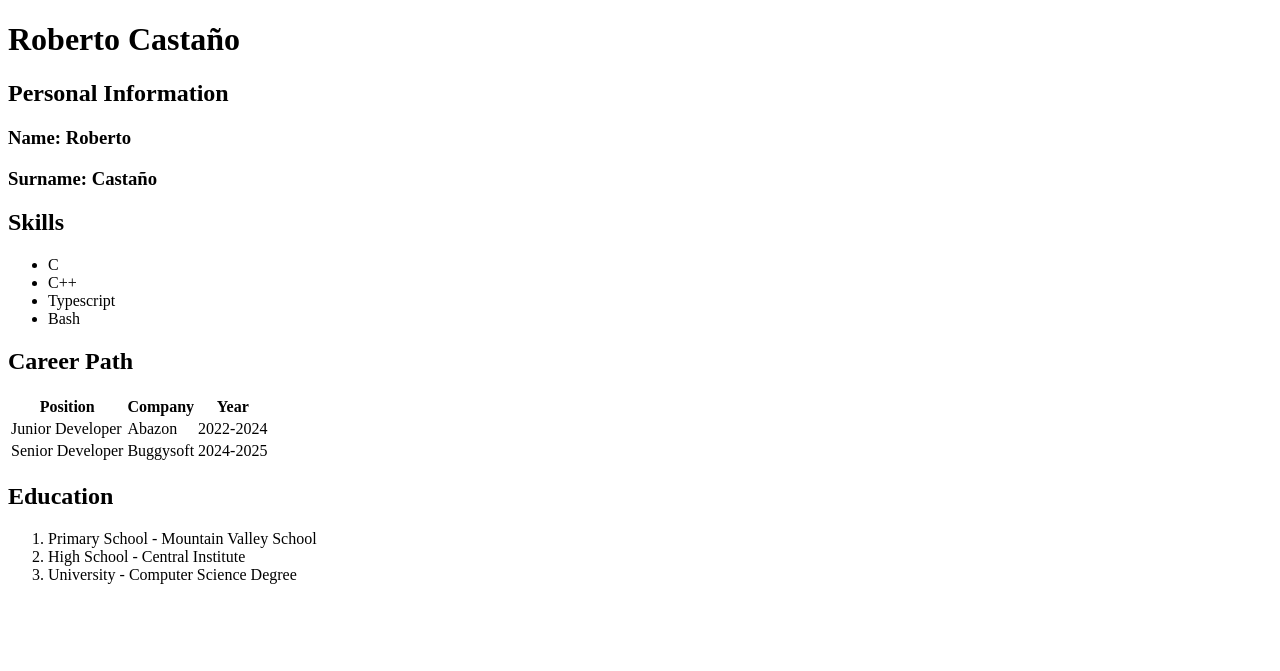
Repository: cronopi/django
Page: Training-Python-Django-0 1/ex01/cv.html
An editor plug-in stored every save of this project. The page is shown before and after the next save, followed by the edit.
The browser window is 1280 px wide. The pictures show the whole page.

Above is the page before, as saved 2026-03-10 12:21:22.

### Training-Python-Django-0 1/ex01/cv.html
<!DOCTYPE html>
<html>

<head>
	<title>Resume - Roberto Castaño</title>
</head>

<body>
	<h1>Roberto Castaño</h1>

	<h2>Personal Information</h2>
	<h3>
		Name: Roberto
	</h3>
	<h3>
		Surname: Castaño
	</h3>

	<h2>Skills</h2>
	<ul>
		<li>C</li>
		<li>C++</li>
		<li>Typescript</li>
		<li>Bash</li>
	</ul>

	<h2>Career Path</h2>
	<table>
		<tr>
			<th>Position</th>
			<th>Company</th>
			<th>Year</th>
		</tr>
		<tr>
			<td>Junior Developer</td>
			<td>Abazon</td>
			<td>2022-2024</td>
		</tr>
		<tr>
			<td>Senior Developer</td>
			<td>Buggysoft</td>
			<td>2024-2025</td>
		</tr>
	</table>

	<h2>Education</h2>
	<ol>
		<li>Primary School - Mountain Valley School</li>
		<li>High School - Central Institute</li>
		<li>University - Computer Science Degree</li>
	</ol>
</body>

</html>

After the next save:
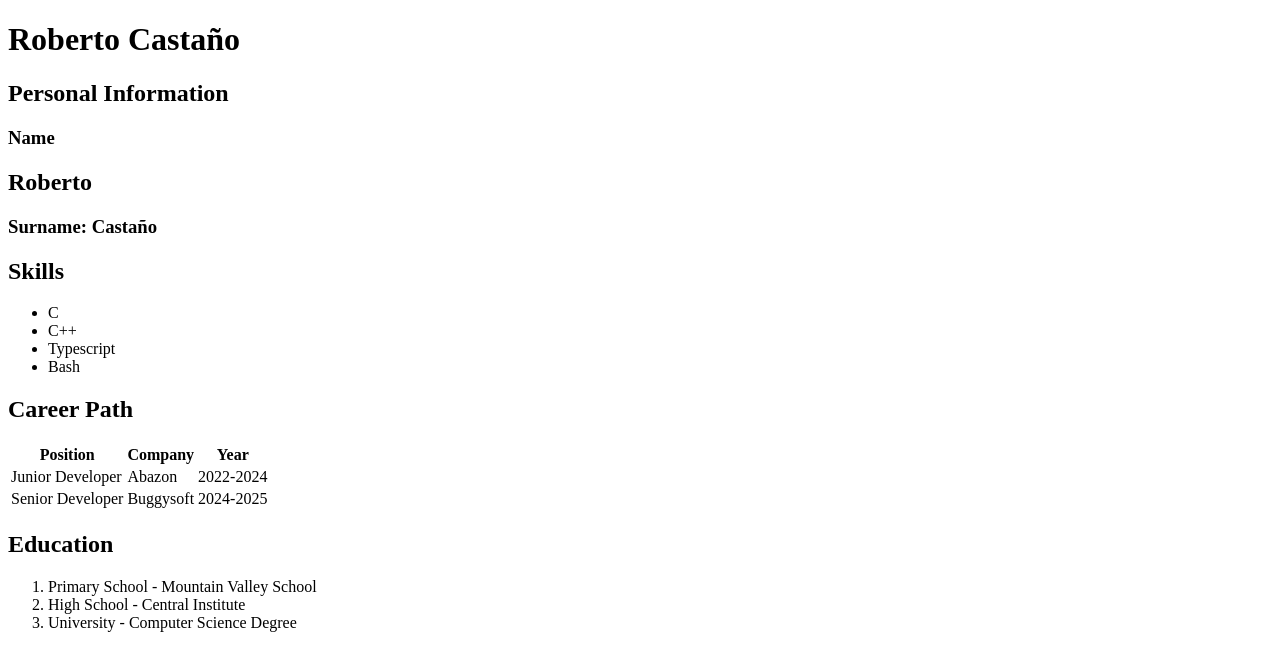
Saved 69 s later.
--- a/Training-Python-Django-0 1/ex01/cv.html
+++ b/Training-Python-Django-0 1/ex01/cv.html
@@ -10,7 +10,8 @@
 
 	<h2>Personal Information</h2>
 	<h3>
-		Name: Roberto
+		Name
+		<h2>Roberto</h2>
 	</h3>
 	<h3>
 		Surname: Castaño
